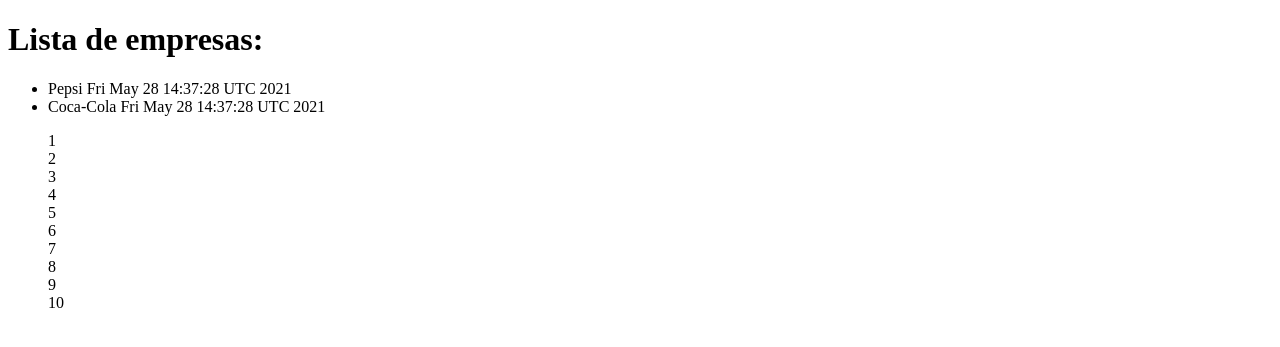
Repository: scaziti/java-spring
Page: http://localhost/gerenciador/listaEmpresas
An editor plug-in stored every save of this project. The page is shown before and after the next save, followed by the edit.
The browser window is 1280 px wide. The pictures show the whole page.
The page is served by Tomcat 9. Other server files are loaded and not shown.

Above is the page before, as saved 2021-06-02 12:57:36.

### gerenciador/WebContent/listaEmpresas.jsp
<%@ page language="java" contentType="text/html; charset=ISO-8859-1"
    pageEncoding="ISO-8859-1"%>

<%@ page import="java.util.List, br.com.alura.gerenciador.servlet.Empresa" %>
<%@ taglib uri="http://java.sun.com/jsp/jstl/core" prefix="c"%>
<!DOCTYPE html>
<html>
<head>
	<meta charset="ISO-8859-1">
	<title>Java Standard Tag Library </title>
</head>
<body>
	<h1>Lista de empresas: </h1>

	<ul>
		<c:forEach items="${empresas}" var="empresa">
			<li> ${empresa.nome} ${empresa.dataAbertura}</li>
		</c:forEach>
	</ul>
	<ul>
		<c:forEach var="i" begin="1" end="10" step="1">
			${i}<br>
		</c:forEach>
	</ul>

<body>
</html>

### gerenciador/src/br/com/alura/gerenciador/servlet/ListaEmpresasServlet.java
package br.com.alura.gerenciador.servlet;

import java.io.IOException;
import java.io.PrintWriter;
import java.util.List;

import javax.servlet.RequestDispatcher;
import javax.servlet.ServletException;
import javax.servlet.annotation.WebServlet;
import javax.servlet.http.HttpServlet;
import javax.servlet.http.HttpServletRequest;
import javax.servlet.http.HttpServletResponse;

@WebServlet("/listaEmpresas")
public class ListaEmpresasServlet extends HttpServlet {
	private static final long serialVersionUID = 1L;

	protected void doGet(HttpServletRequest request, HttpServletResponse response)
			throws ServletException, IOException {

		Banco banco = new Banco();
		List<Empresa> lista = banco.getEmpresas();

		request.setAttribute("empresas", lista);
		RequestDispatcher rd = request.getRequestDispatcher("/listaEmpresas.jsp");
		rd.forward(request, response);
	}

}

### gerenciador/src/br/com/alura/gerenciador/servlet/Banco.java
package br.com.alura.gerenciador.servlet;

import java.util.ArrayList;
import java.util.List;

public class Banco {

	private static List<Empresa> lista = new ArrayList<>();

	static {
		Empresa empresa = new Empresa();
		empresa.setNome("Pepsi");

		Empresa empresa2 = new Empresa();
		empresa2.setNome("Coca-Cola");

		lista.add(empresa);
		lista.add(empresa2);
	}

	public void adiciona(Empresa empresa) {
		lista.add(empresa);
	}

	public List<Empresa> getEmpresas(){
		return Banco.lista;
	}

}

### gerenciador/src/br/com/alura/gerenciador/servlet/Empresa.java
package br.com.alura.gerenciador.servlet;

import java.util.Date;

public class Empresa {

	private Integer id;
	private String nome;
	private Date dataAbertura = new Date();


	public Integer  getId() {
		return id;
	}
	public void setId(Integer  id) {
		this.id = id;
	}
	public String getNome() {
		return nome;
	}
	public void setNome(String nome) {
		this.nome = nome;
	}

	public Date getDataAbertura() {
		return dataAbertura;
	}

	public void setDataAbertura(Date dataAbertura) {
		this.dataAbertura = dataAbertura;
	}
}

After the next save:
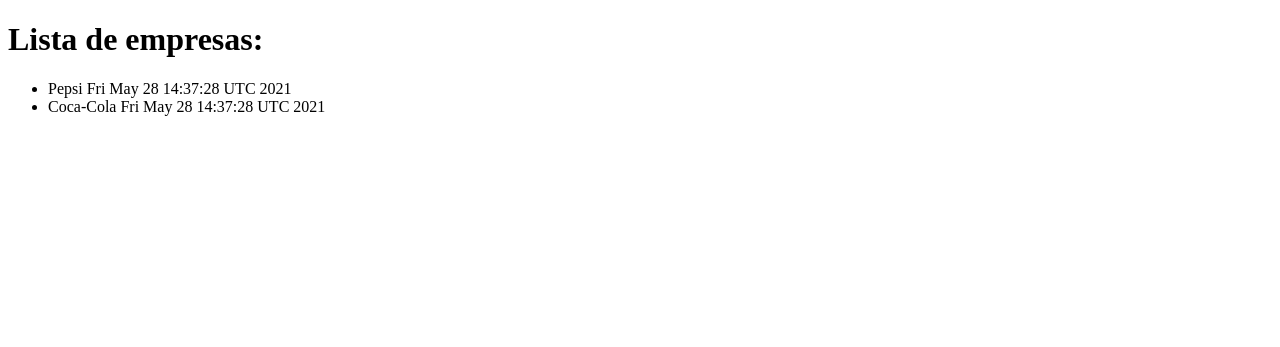
Saved 60 s later.
--- a/gerenciador/WebContent/listaEmpresas.jsp
+++ b/gerenciador/WebContent/listaEmpresas.jsp
@@ -17,11 +17,6 @@
 			<li> ${empresa.nome} ${empresa.dataAbertura}</li>
 		</c:forEach>
 	</ul>
-	<ul>
-		<c:forEach var="i" begin="1" end="10" step="1">
-			${i}<br>
-		</c:forEach>
-	</ul>
 
 <body>
 </html>
